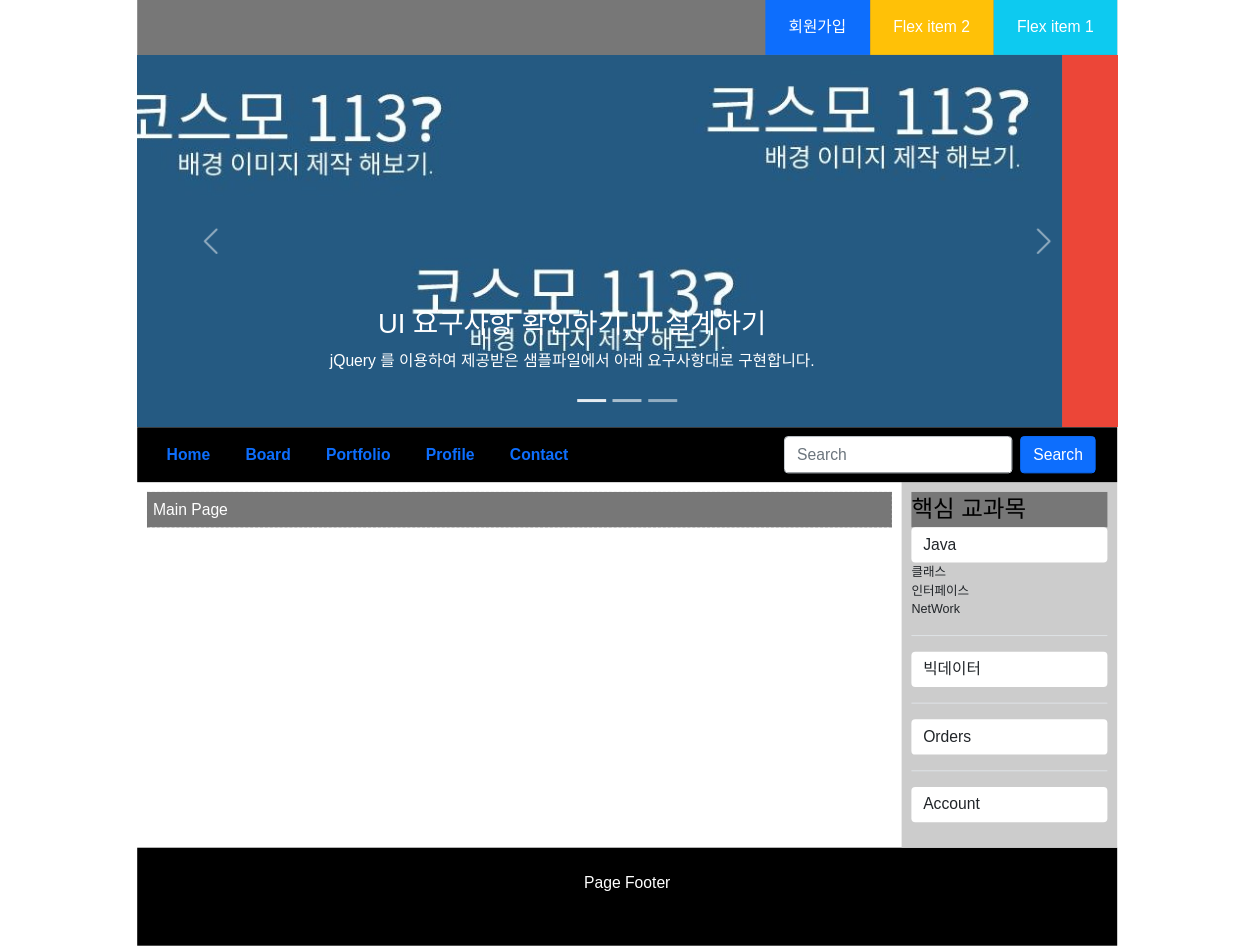
Repository: ilsang7389/12321
Page: http://localhost/spring1019_20_mvc/WEB-INF/views/main/index.jsp
An editor plug-in stored every save of this project. The page is shown before and after the next save, followed by the edit.
The browser window is 1280 px wide. The pictures show the whole page, at 98% of full size.
Some web libraries are served in a nearby version. The page is served by Tomcat 9. Nobody is signed in. The template is opened directly, without the code that normally fills it, so the values that code supplies are empty.

Above is the page before, as saved 2023-10-19 05:36:49.

After the next save:
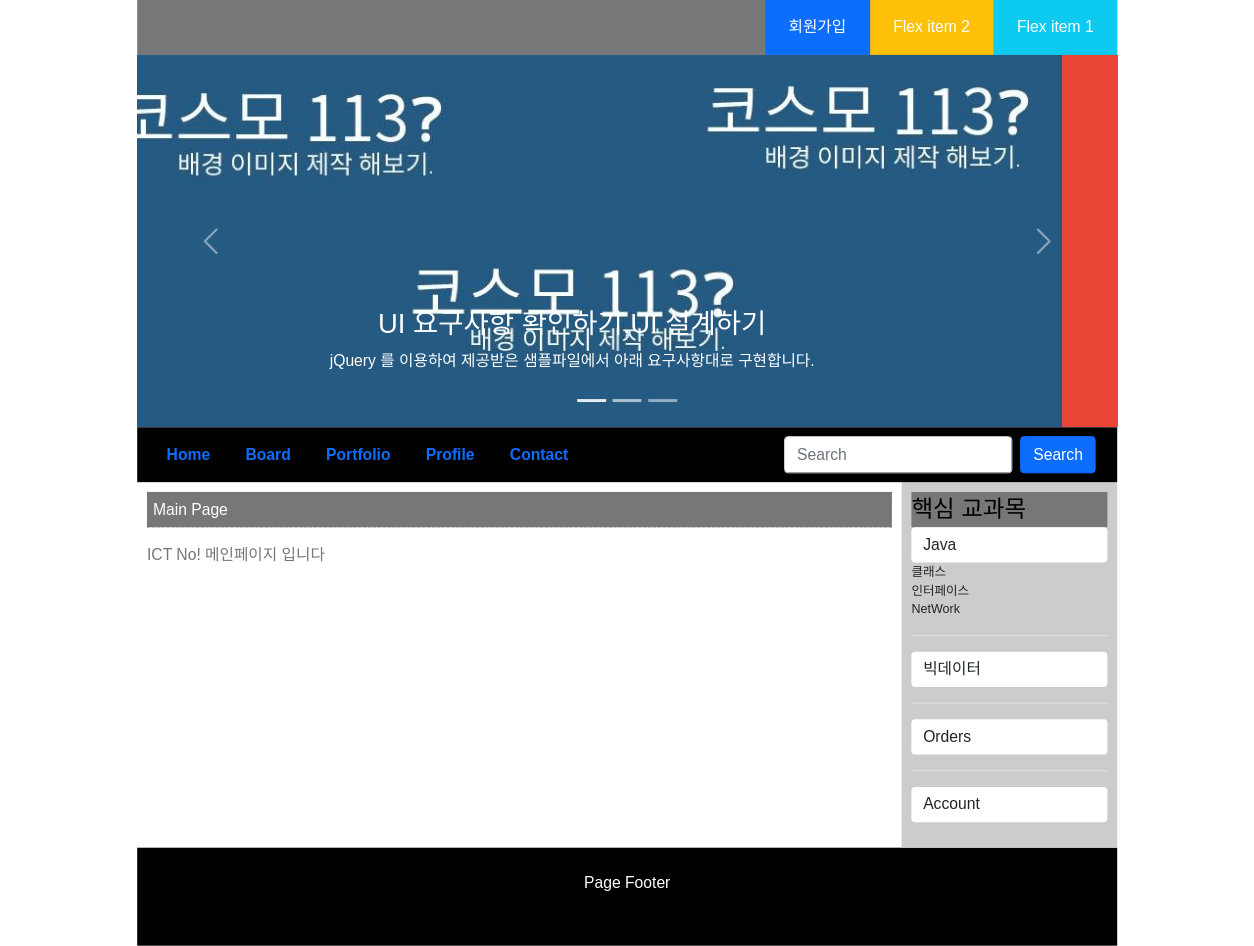
Saved 27 s later.
--- a/spring1019_20_mvc/WebContent/WEB-INF/views/main/index.jsp
+++ b/spring1019_20_mvc/WebContent/WEB-INF/views/main/index.jsp
@@ -5,7 +5,7 @@
 <article>
 	<header style="color: white;"> Main Page</header>
 	<ul class="list-unstyled">
-		<li>
+		<li class="boarder-top my-3">ICT No! 메인페이지 입니다 </li>
 	</ul>
 </article>
 <%@include file="../temp/footer.jsp"%>
